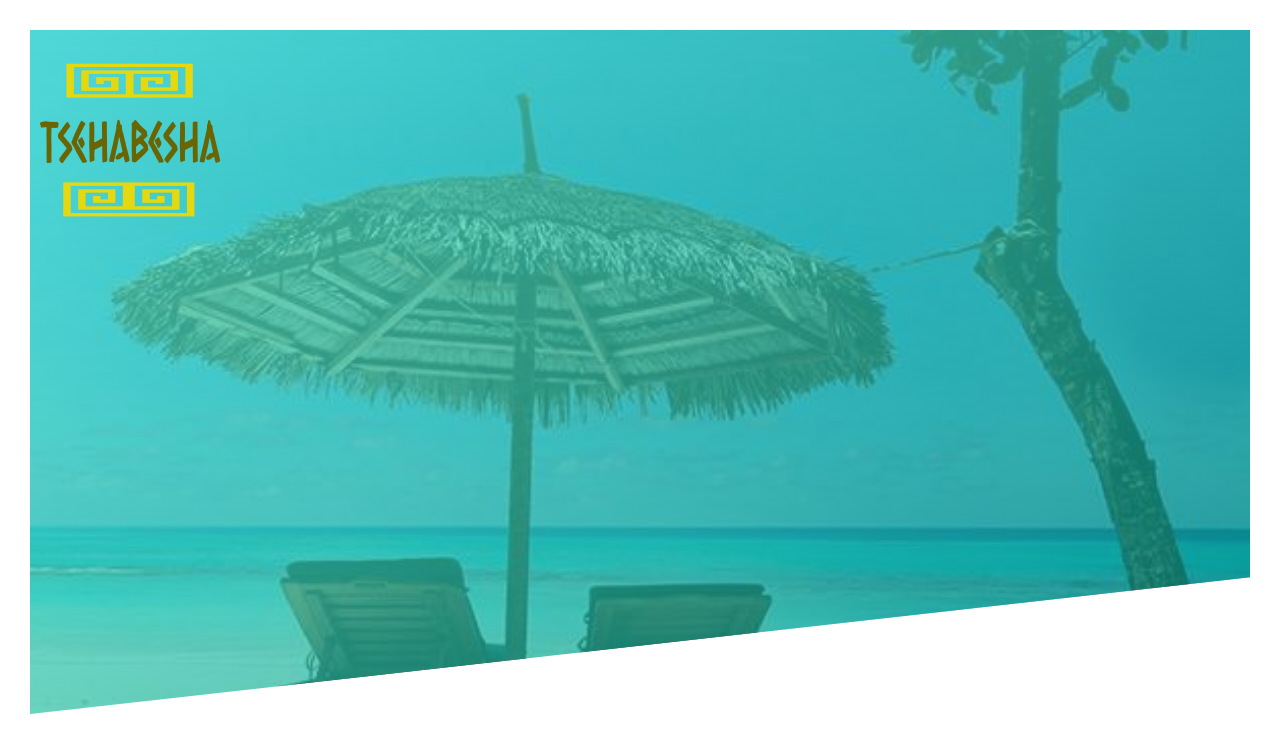
Repository: Azariagmt/tour-and-travel
Page: index.html
An editor plug-in stored every save of this project. The page is shown before and after a run of saves, followed by the edit.
The browser window is 1280 px wide. The pictures show the whole page.

Above is the page before, as saved 2020-03-24 16:48:55.

### index.html
<!DOCTYPE html>
<!--[if lt IE 7]>      <html class="no-js lt-ie9 lt-ie8 lt-ie7"> <![endif]-->
<!--[if IE 7]>         <html class="no-js lt-ie9 lt-ie8"> <![endif]-->
<!--[if IE 8]>         <html class="no-js lt-ie9"> <![endif]-->
<!--[if gt IE 8]><!--> <html class="no-js"> <!--<![endif]-->
    <head>
        <meta charset="utf-8">
        <meta http-equiv="X-UA-Compatible" content="IE=edge">
        <title></title>
        <meta name="description" content="">
        <meta name="viewport" content="width=device-width, initial-scale=1">
        <link href="https://fonts.googleapis.com/css?family=Lato&display=swap" rel="stylesheet">
        <link rel="stylesheet" href="css/style.css">
    </head>
    <body>
        <!--[if lt IE 7]>
            <p class="browsehappy">You are using an <strong>outdated</strong> browser. Please <a href="#">upgrade your browser</a> to improve your experience.</p>
        <![endif]-->
        <header class="header">
            <div class="logo-box">
                <img src="img/tsehabesha-logo.png" alt="Logo" class="logo">
            </div>
        </header>
        <script src="" async defer></script>
    </body>
</html>

### css/style.css
* {
  margin: 0;
  padding: 0;
  box-sizing: border-box;
}

body {
  font-family: "Lato", sans-serif;
  font-weight: 400;
  font-size: 16px;
  line-height: 1.7;
  color: #777777;
  padding: 30px;
}

.header {
  height: 95vh;
  background-image: linear-gradient(to right bottom, #64ffdbb9, #00897bb9),
    url(../img/2.jpg);
  background-size: cover;
  background-position: top;
  clip-path: polygon(0 0, 100% 0, 100% 80%, 0% 100%);
}

.logo-box{
  position:absolute;
  top:40px;
}

.logo{

}

After the next 3 saves:
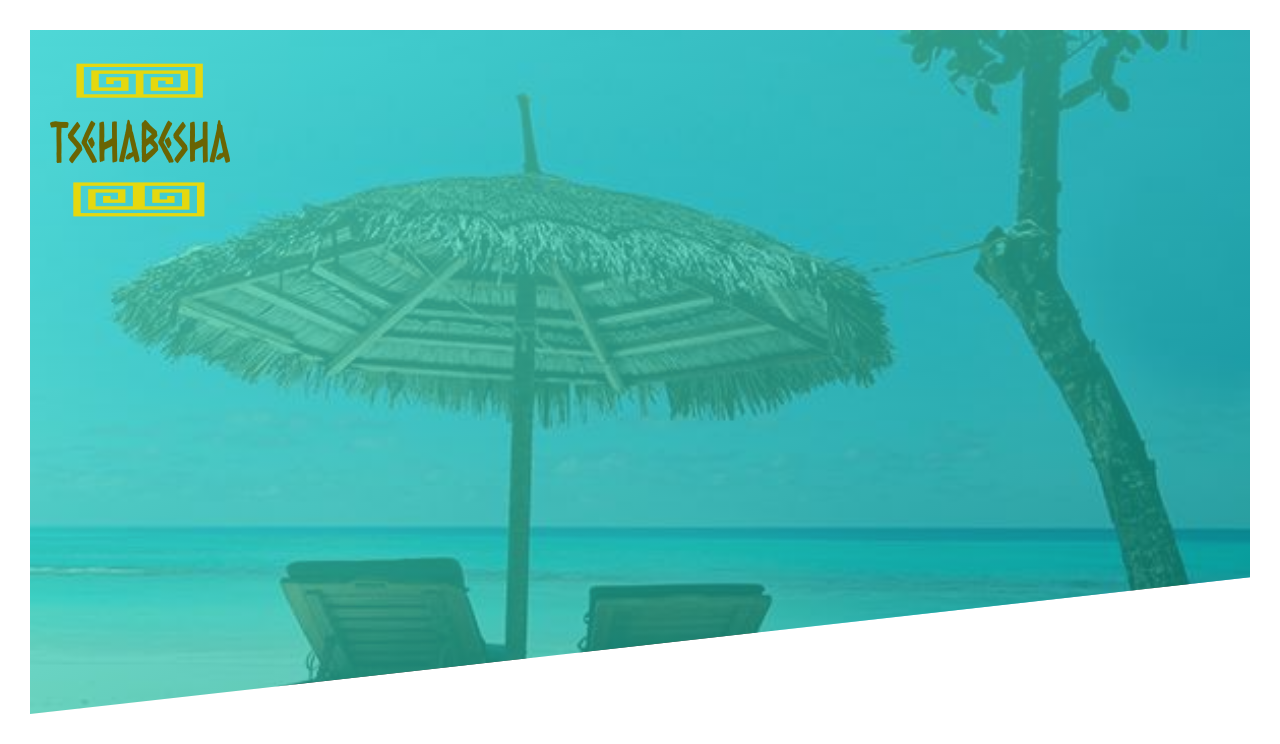
The 3 saves are shown as one change because they came seconds apart.
The last was saved 17 s later.
--- a/css/style.css
+++ b/css/style.css
@@ -25,6 +25,7 @@
 .logo-box{
   position:absolute;
   top:40px;
+  left:40px;
 }
 
 .logo{
